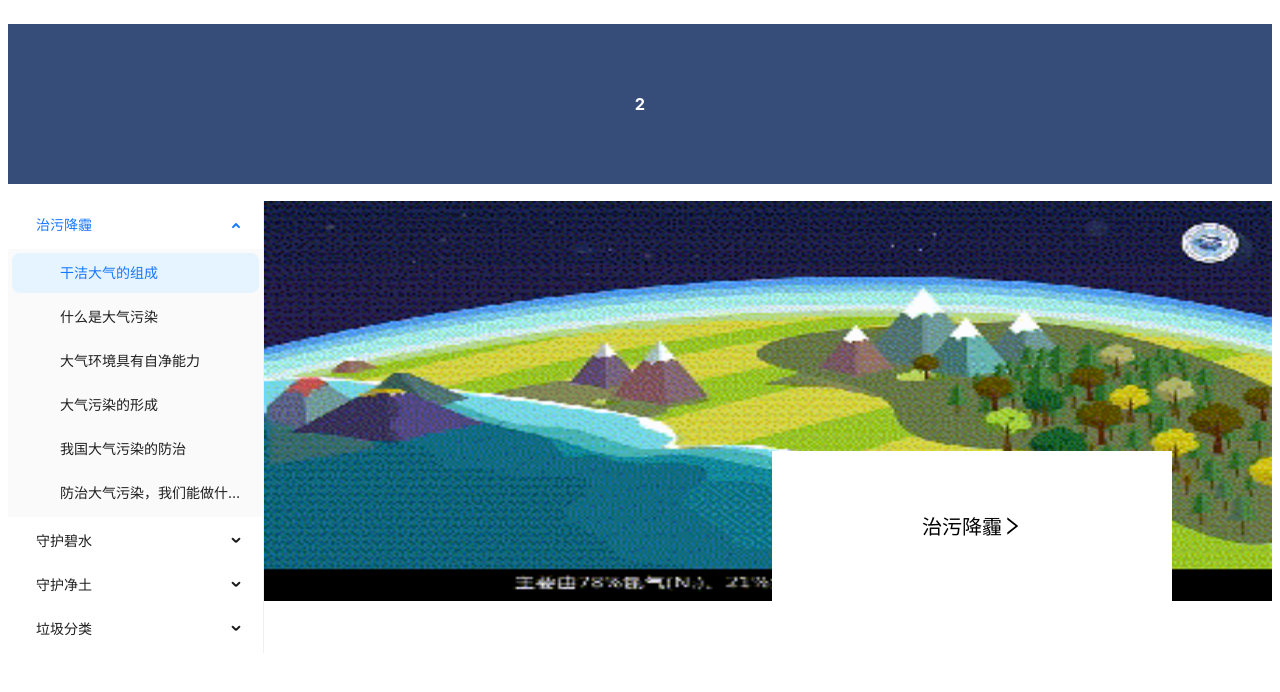
Repository: samllbin/summerWeb
Page: /
An editor plug-in stored every save of this project. The page is shown before and after the next save, followed by the edit.
The browser window is 1280 px wide. The pictures show the whole page.
The project was rebuilt for these pictures with package versions that can differ from the ones it lists, and the page was loaded fresh each time. Also part of the build but not shown: vite.config.js, components/menu/config.js, components/content/index.module.css, components/content/index.jsx.

Above is the page before, as saved 2024-07-22 15:44:53.

After the next save:
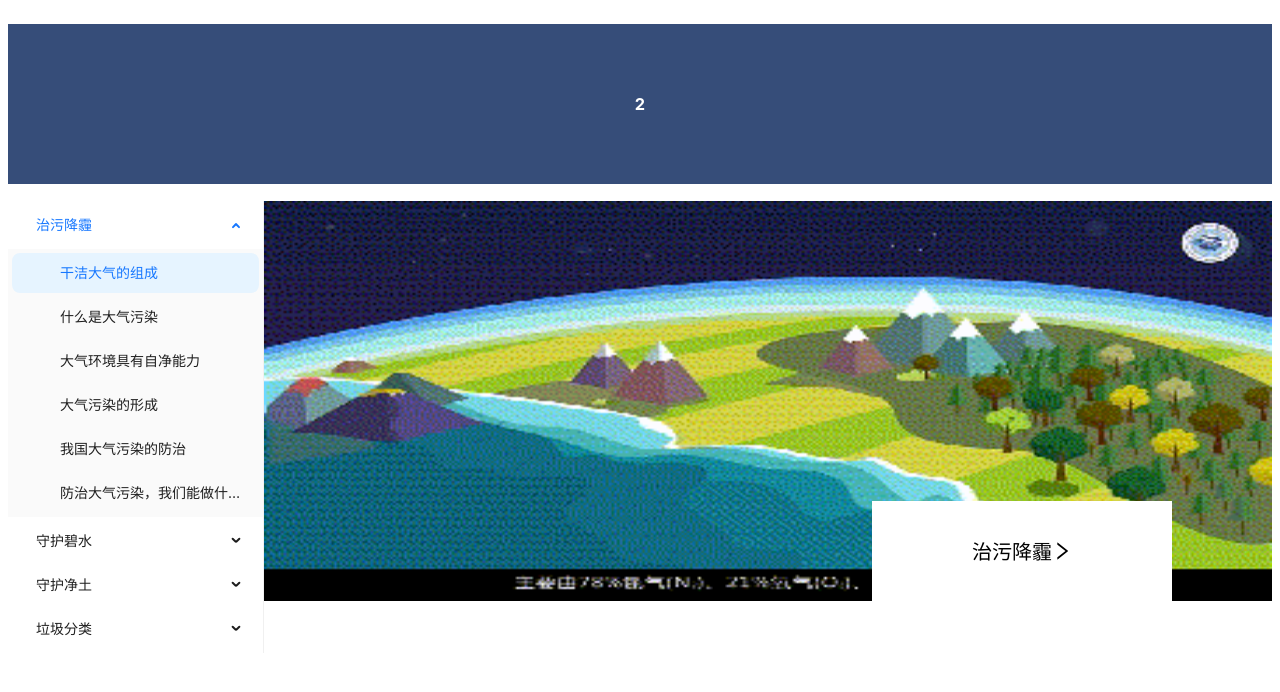
Saved 13 s later.
--- a/components/article/index.module.css
+++ b/components/article/index.module.css
@@ -20,8 +20,8 @@
   right: 100px;
   bottom: 0;
   background-color: #fff;
-  width: 400px;
-  height: 150px;
+  width: 300px;
+  height: 100px;
   font-size: 20px;
   font-weight: 500;
 }
